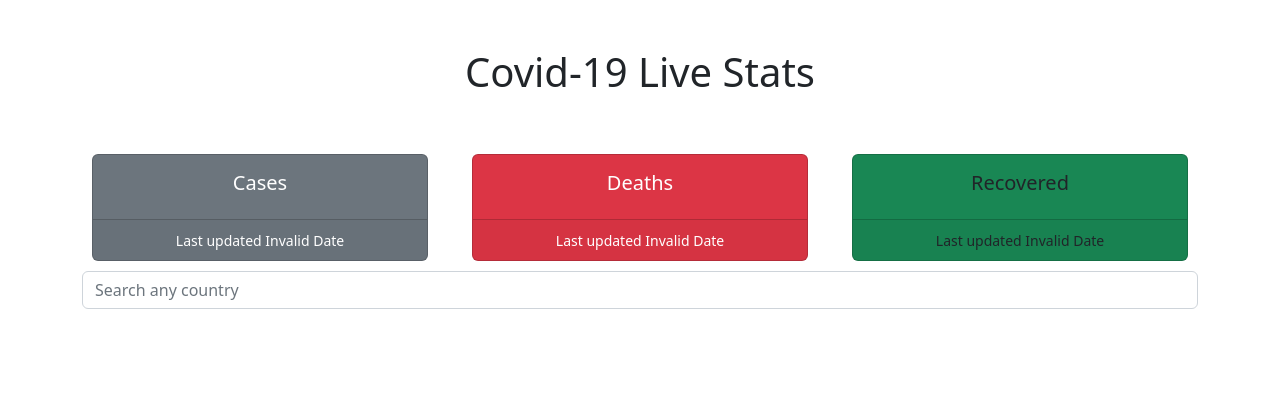
Repository: azizdeghais/CovidTracker
Page: /
An editor plug-in stored every save of this project. The page is shown before and after the next save, followed by the edit.
The browser window is 1280 px wide. The pictures show the whole page.
The page's requests for data from a server got no answer. The project was rebuilt for these pictures with package versions that can differ from the ones it lists, and the page was loaded fresh each time. No one was signed in, and anything a server would have sent is missing. Also part of the build but not shown: vite.config.js.

Above is the page before, as saved 2023-03-09 16:35:39.

### index.html
<!DOCTYPE html>
<html lang="en">
  <head>
    <meta charset="UTF-8" />
    <link rel="icon" type="image/svg+xml" href="/vite.svg" />
    <meta name="viewport" content="width=device-width, initial-scale=1.0" />
    <title>Covid-19 Tracker</title>

  </head>
  <body>
    <div id="root"></div>
    <script type="module" src="/src/main.jsx"></script>
  </body>
</html>

### src/main.jsx
import React from 'react'
import ReactDOM from 'react-dom/client'
import App from './App'
import 'bootstrap/dist/css/bootstrap.min.css';


ReactDOM.createRoot(document.getElementById('root')).render(
  <React.StrictMode>
    <App />
  </React.StrictMode>,
)

### src/App.jsx
import React, { useEffect,useState } from 'react'
import axios from 'axios'
import Container from 'react-bootstrap/Container';
import Row from 'react-bootstrap/Row';
import Col from 'react-bootstrap/Col';
import Card from 'react-bootstrap/Card';
import Stack from 'react-bootstrap/Stack';
import Form from 'react-bootstrap/Form';

import './App.css'


function App() {

  const [latest,setLatest]=useState([])
  const [results,setResults]=useState([])
  const [searchCountries,setSearchCountries]=useState('')


  useEffect(()=>{
    axios.all([
      axios.get('https://corona.lmao.ninja/v3/covid-19/all'),
      axios.get('https://corona.lmao.ninja/v3/covid-19/countries')
  ])

    .then(resArr=>{
           setLatest(resArr[0].data)
           setResults(resArr[1].data)
    })
    .catch(err=>{
      console.log(err)
    })
  },[])

  const date=new Date(parseInt(latest.updated));
  const lastUpdated=date.toString();

  const filterCountries=results.filter(item=>{
    return searchCountries !== ''
     ? item.country.includes(searchCountries)
     : item
   })

   const countries = filterCountries.map((data,i)=>{
    return (
      <Card
      key={i}
      bg='light'
      text='dark'
      className='text-center'
      style={{margin:'10px'}}
      >
        <Card.Img variant='top' src={data.countryInfo.flag} />
      <Card.Body>
        <Card.Title>{data.country}</Card.Title>
        <Card.Text>Cases: {data.cases}</Card.Text>
        <Card.Text>Deaths: {data.deaths}</Card.Text>
        <Card.Text>Recovered: {data.recovered}</Card.Text>
        <Card.Text>Today's cases: {data.todayCases}</Card.Text>
        <Card.Text>Today's deaths: {data.todayDeaths}</Card.Text>
        <Card.Text>Active {data.active}</Card.Text>


      </Card.Body>

      </Card>

    )
   })




  return (
    <Container>
      <h1 className='text-center mb-5 mt-5'>Covid-19 Live Stats</h1>
      <Row >
        <Col>
          <Card className='text-center' bg='secondary' text='white' style={{margin:'10px'}} >
            <Card.Body>
              <Card.Title>Cases</Card.Title>
              <Card.Text>
                {latest.cases}
              </Card.Text>
            </Card.Body>
            <Card.Footer>
              <small>Last updated {lastUpdated}</small>
            </Card.Footer>
          </Card>
        </Col>
        <Col>
          <Card className='text-center' bg='danger' text='white' style={{margin:'10px'}}>
            <Card.Body>
              <Card.Title>Deaths</Card.Title>
              <Card.Text>
                {latest.deaths}
              </Card.Text>
            </Card.Body>
            <Card.Footer>
            <small>Last updated {lastUpdated}</small>

            </Card.Footer>
          </Card>
        </Col>
        <Col>
          <Card className='text-center' bg='success' style={{margin:'10px'}} >
            <Card.Body>
              <Card.Title>Recovered</Card.Title>
              <Card.Text>
               {latest.recovered}
              </Card.Text>
            </Card.Body>
            <Card.Footer>
            <small>Last updated {lastUpdated}</small>

            </Card.Footer>
          </Card>
        </Col>
      </Row>
      <Form>
      <Form.Group >
        <Form.Control
         type='text'
         placeholder='Search any country'
         onChange={e=> setSearchCountries(e.target.value)} />
      </Form.Group>
      </Form>
      <div className='countries-list'>
      {countries}
      </div>


    </Container>
  )
}

export default App

### src/App.css
.countries-list{
    display:flex;
    flex-direction:row;
    width: '1000px';
    flex-wrap: wrap;
    justify-content: space-between;
}

After the next save:
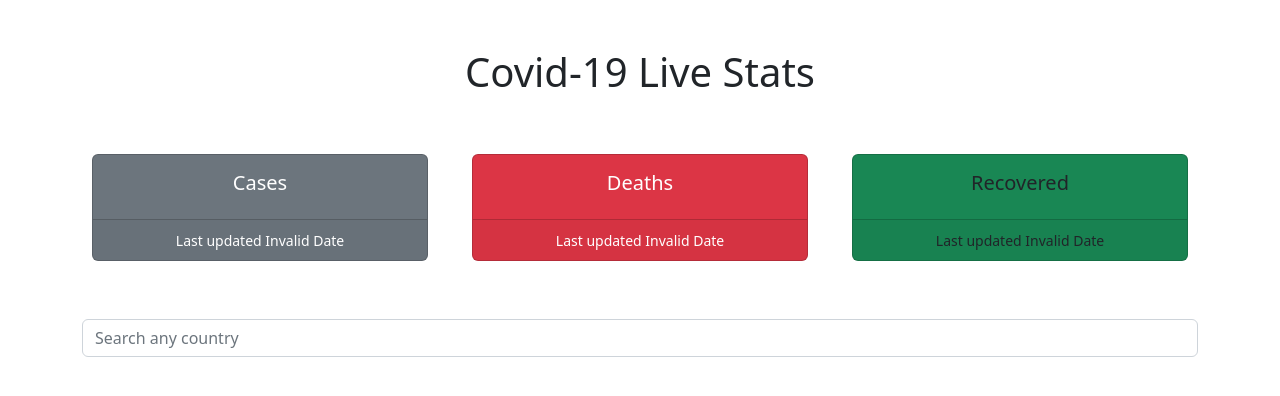
Saved 15 s later.
--- a/src/App.jsx
+++ b/src/App.jsx
@@ -74,7 +74,7 @@ function App() {
   return (
     <Container>
       <h1 className='text-center mb-5 mt-5'>Covid-19 Live Stats</h1>
-      <Row >
+      <Row className='mb-5'>
         <Col>
           <Card className='text-center' bg='secondary' text='white' style={{margin:'10px'}} >
             <Card.Body>
